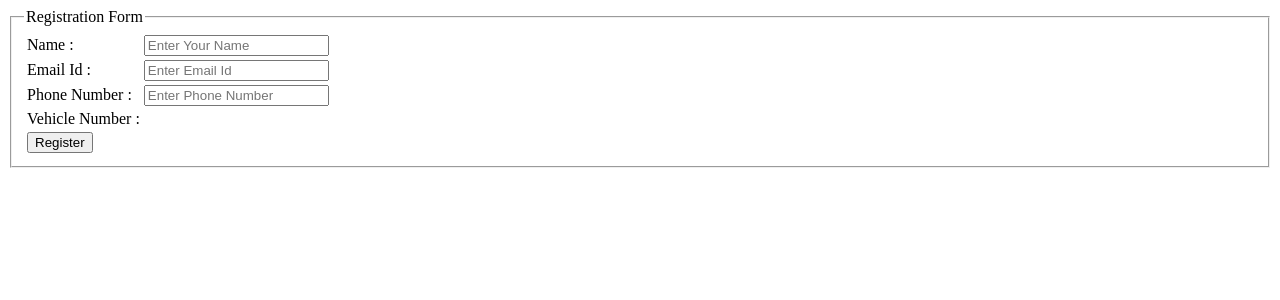
Repository: IshaanIJK/CdacProject
Page: eclipse-parking_mgmt/ParkingManagement/src/main/resources/static/index.html
The author's editor kept a copy of each file at every save. The page is drawn from the files as they stood at one save, then again after the next save.
The browser window is 1280 px wide. The pictures show the whole page.

Above is the page before, as saved 2023-02-24 10:25:33.

After the next save:
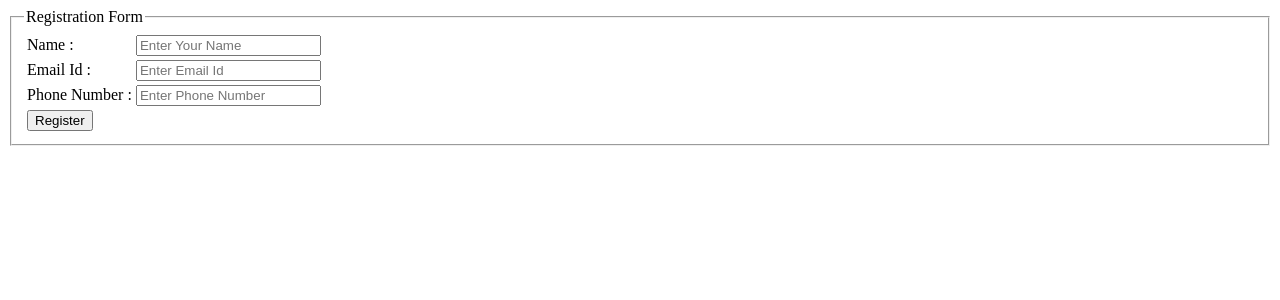
Saved 6 s later.
--- a/eclipse-parking_mgmt/ParkingManagement/src/main/resources/static/index.html
+++ b/eclipse-parking_mgmt/ParkingManagement/src/main/resources/static/index.html
@@ -41,15 +41,15 @@
                     </td>
                 </tr>
 
-                <tr>
+                <!-- <tr>
                     <td>
                         Vehicle Number :
                     </td>
-                    <!-- <td>
+                    <td>
                         <input type="text" required placeholder="Enter Vehicle Number" pattern="[A-Z]{2}[0-9]{2}[A-Z]{2}[0-9]{4}" maxlength="10"
                         title="Please Enter a valid Vehicle Number" name="vehicleno">
-                    </td> -->
-                </tr>
+                    </td>
+                </tr> -->
 
                 <tr>
                     <td>
